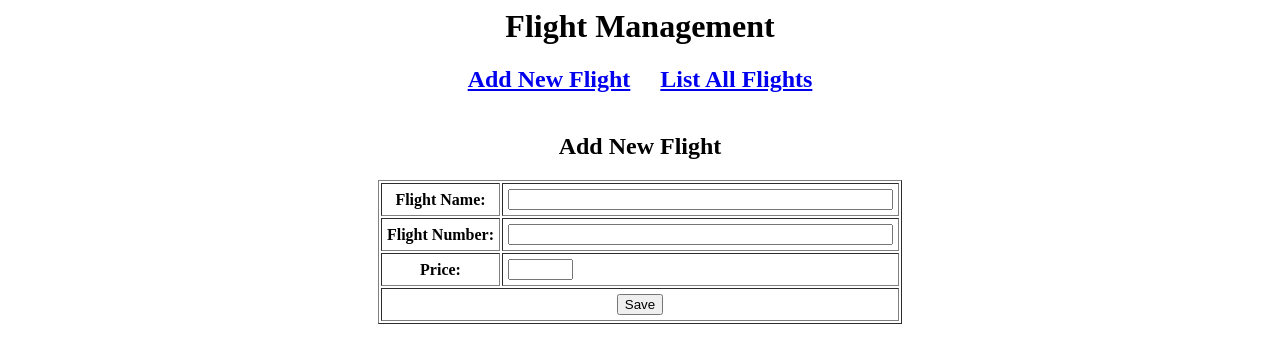
Repository: pawankas/Java_Mini_Project
Page: http://localhost/AirReservation/FlightForm.jsp
An editor plug-in stored every save of this project. The page is shown before and after the next save, followed by the edit.
The browser window is 1280 px wide. The pictures show the whole page.
The page is served by Tomcat 9. The template is opened directly, without the code that normally fills it, so the values that code supplies are empty.

Above is the page before, as saved 2022-03-13 04:48:55.

After the next save:
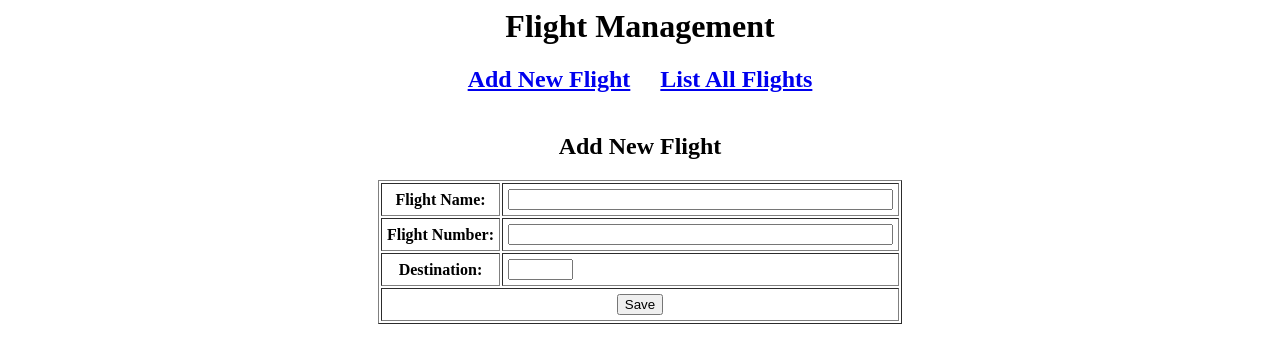
Saved 8 s later.
--- a/final/AirReservation/WebContent/FlightForm.jsp
+++ b/final/AirReservation/WebContent/FlightForm.jsp
@@ -53,7 +53,7 @@
                 </td>
             </tr>
             <tr>
-                <th>Price: </th>
+                <th>Destination: </th>
                 <td>
                     <input type="text" name="price" size="5"
                             value="<c:out value='${book.price}' />"
